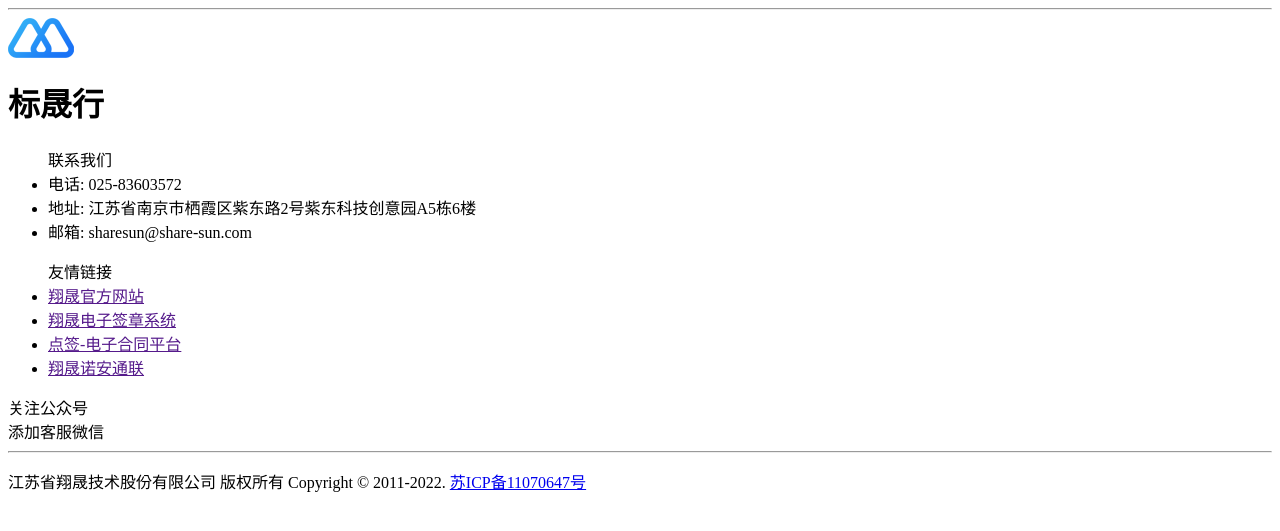
Repository: cn-cherry/bsx-official-website
Page: bsxow/html/footer.html
An editor plug-in stored every save of this project. The page is shown before and after the next save, followed by the edit.
The browser window is 1280 px wide. The pictures show the whole page.

Above is the page before, as saved 2022-06-17 13:01:45.

After the next save:
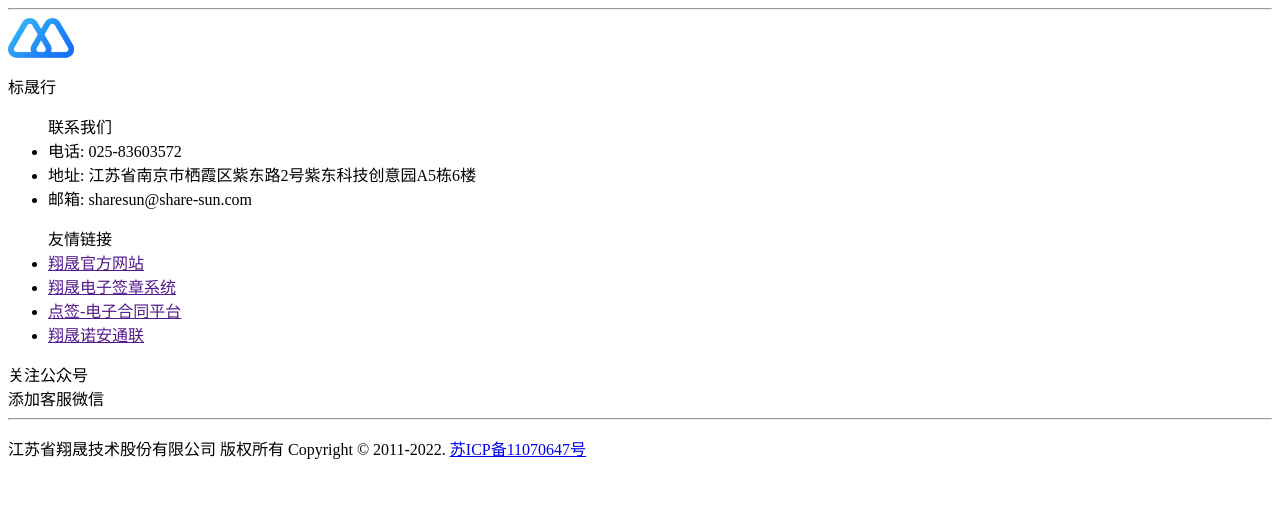
Saved 26 s later.
--- a/bsxow/html/footer.html
+++ b/bsxow/html/footer.html
@@ -4,7 +4,7 @@
         <div class="row pt-5">
             <div class="col-lg-1 col-sm-12 mb-4">
                 <img src="../assets/logo2.png" alt="" />
-                <h1 class="footer-item">标晟行</h1>
+                <p class="footer-item">标晟行</p>
             </div>
 
             <div class="col-lg-5 col-sm-12 mb-4">
